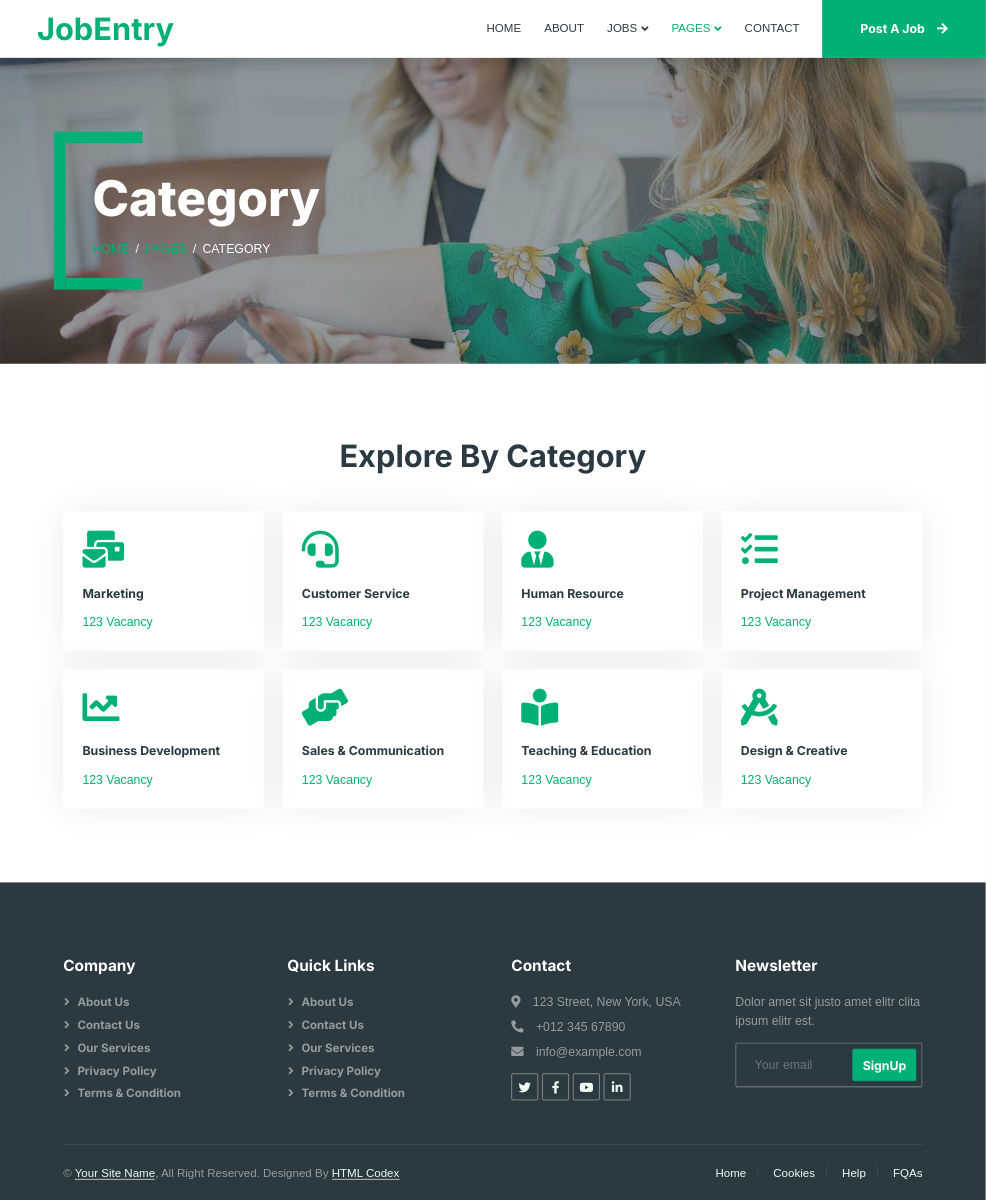
Repository: Onkar1432/Jobportal
Page: http://localhost/DemoAsd/catogary.jsp
These files come from the project's save history. The page is drawn as it stood at one moment and after the next save; the edit follows.
The browser window is 1280 px wide. The pictures show the whole page, at 77% of full size.
Some web fonts or font styles are not loaded; a fallback is used. Some web libraries are served in a nearby version. The page is served by Tomcat 9. Other server files are loaded and not shown.

Above is the page before, as saved 2023-01-14 13:06:38.

### DemoAsd/src/main/webapp/catogary.jsp
<%@ page language="java" contentType="text/html; charset=UTF-8"
    pageEncoding="UTF-8"%>
<!DOCTYPE html PUBLIC "-//W3C//DTD HTML 4.01 Transitional//EN" "http://www.w3.org/TR/html4/loose.dtd">
<html>
<head>
<meta http-equiv="Content-Type" content="text/html; charset=UTF-8">
<title>Insert title here</title>
<meta content="width=device-width, initial-scale=1.0" name="viewport">
    <meta content="" name="keywords">
    <meta content="" name="description">

    <!-- Favicon -->
    <link href="img/favicon.ico" rel="icon">

    <!-- Google Web Fonts -->
    <link rel="preconnect" href="https://fonts.googleapis.com">
    <link rel="preconnect" href="https://fonts.gstatic.com" crossorigin>
    <link href="https://fonts.googleapis.com/css2?family=Heebo:wght@400;500;600&family=Inter:wght@700;800&display=swap" rel="stylesheet">

    <!-- Icon Font Stylesheet -->
    <link href="https://cdnjs.cloudflare.com/ajax/libs/font-awesome/5.10.0/css/all.min.css" rel="stylesheet">
    <link href="https://cdn.jsdelivr.net/npm/bootstrap-icons@1.4.1/font/bootstrap-icons.css" rel="stylesheet">

    <!-- Libraries Stylesheet -->
    <link href="lib/animate/animate.min.css" rel="stylesheet">
    <link href="lib/owlcarousel/assets/owl.carousel.min.css" rel="stylesheet">

    <!-- Customized Bootstrap Stylesheet -->
    <link href="css/bootstrap.min.css" rel="stylesheet">

    <!-- Template Stylesheet -->
    <link href="css/style.css" rel="stylesheet">
</head>
<body>
<div class="container-xxl bg-white p-0">
        <!-- Spinner Start -->
        <div id="spinner" class="show bg-white position-fixed translate-middle w-100 vh-100 top-50 start-50 d-flex align-items-center justify-content-center">
            <div class="spinner-border text-primary" style="width: 3rem; height: 3rem;" role="status">
                <span class="sr-only">Loading...</span>
            </div>
        </div>
        <!-- Spinner End -->


        <!-- Navbar Start -->
        <nav class="navbar navbar-expand-lg bg-white navbar-light shadow sticky-top p-0">
            <a href="index.html" class="navbar-brand d-flex align-items-center text-center py-0 px-4 px-lg-5">
                <h1 class="m-0 text-primary">JobEntry</h1>
            </a>
            <button type="button" class="navbar-toggler me-4" data-bs-toggle="collapse" data-bs-target="#navbarCollapse">
                <span class="navbar-toggler-icon"></span>
            </button>
            <div class="collapse navbar-collapse" id="navbarCollapse">
                <div class="navbar-nav ms-auto p-4 p-lg-0">
                    <a href="index.html" class="nav-item nav-link">Home</a>
                    <a href="about.html" class="nav-item nav-link">About</a>
                    <div class="nav-item dropdown">
                        <a href="#" class="nav-link dropdown-toggle" data-bs-toggle="dropdown">Jobs</a>
                        <div class="dropdown-menu rounded-0 m-0">
                            <a href="job-list.html" class="dropdown-item">Job List</a>
                            <a href="job-detail.html" class="dropdown-item">Job Detail</a>
                        </div>
                    </div>
                    <div class="nav-item dropdown">
                        <a href="#" class="nav-link dropdown-toggle active" data-bs-toggle="dropdown">Pages</a>
                        <div class="dropdown-menu rounded-0 m-0">
                            <a href="category.html" class="dropdown-item active">Job Category</a>
                            <a href="testimonial.html" class="dropdown-item">Testimonial</a>
                            <a href="404.html" class="dropdown-item">404</a>
                        </div>
                    </div>
                    <a href="contact.html" class="nav-item nav-link">Contact</a>
                </div>
                <a href="" class="btn btn-primary rounded-0 py-4 px-lg-5 d-none d-lg-block">Post A Job<i class="fa fa-arrow-right ms-3"></i></a>
            </div>
        </nav>
        <!-- Navbar End -->


        <!-- Header End -->
        <div class="container-xxl py-5 bg-dark page-header mb-5">
            <div class="container my-5 pt-5 pb-4">
                <h1 class="display-3 text-white mb-3 animated slideInDown">Category</h1>
                <nav aria-label="breadcrumb">
                    <ol class="breadcrumb text-uppercase">
                        <li class="breadcrumb-item"><a href="#">Home</a></li>
                        <li class="breadcrumb-item"><a href="#">Pages</a></li>
                        <li class="breadcrumb-item text-white active" aria-current="page">Category</li>
                    </ol>
                </nav>
            </div>
        </div>
        <!-- Header End -->


        <!-- Category Start -->
        <div class="container-xxl py-5">
            <div class="container">
                <h1 class="text-center mb-5 wow fadeInUp" data-wow-delay="0.1s">Explore By Category</h1>
                <div class="row g-4">
                    <div class="col-lg-3 col-sm-6 wow fadeInUp" data-wow-delay="0.1s">
                        <a class="cat-item rounded p-4" href="">
                            <i class="fa fa-3x fa-mail-bulk text-primary mb-4"></i>
                            <h6 class="mb-3">Marketing</h6>
                            <p class="mb-0">123 Vacancy</p>
                        </a>
                    </div>
                    <div class="col-lg-3 col-sm-6 wow fadeInUp" data-wow-delay="0.3s">
                        <a class="cat-item rounded p-4" href="">
                            <i class="fa fa-3x fa-headset text-primary mb-4"></i>
                            <h6 class="mb-3">Customer Service</h6>
                            <p class="mb-0">123 Vacancy</p>
                        </a>
                    </div>
                    <div class="col-lg-3 col-sm-6 wow fadeInUp" data-wow-delay="0.5s">
                        <a class="cat-item rounded p-4" href="">
                            <i class="fa fa-3x fa-user-tie text-primary mb-4"></i>
                            <h6 class="mb-3">Human Resource</h6>
                            <p class="mb-0">123 Vacancy</p>
                        </a>
                    </div>
                    <div class="col-lg-3 col-sm-6 wow fadeInUp" data-wow-delay="0.7s">
                        <a class="cat-item rounded p-4" href="">
                            <i class="fa fa-3x fa-tasks text-primary mb-4"></i>
                            <h6 class="mb-3">Project Management</h6>
                            <p class="mb-0">123 Vacancy</p>
                        </a>
                    </div>
                    <div class="col-lg-3 col-sm-6 wow fadeInUp" data-wow-delay="0.1s">
                        <a class="cat-item rounded p-4" href="">
                            <i class="fa fa-3x fa-chart-line text-primary mb-4"></i>
                            <h6 class="mb-3">Business Development</h6>
                            <p class="mb-0">123 Vacancy</p>
                        </a>
                    </div>
                    <div class="col-lg-3 col-sm-6 wow fadeInUp" data-wow-delay="0.3s">
                        <a class="cat-item rounded p-4" href="">
                            <i class="fa fa-3x fa-hands-helping text-primary mb-4"></i>
                            <h6 class="mb-3">Sales & Communication</h6>
                            <p class="mb-0">123 Vacancy</p>
                        </a>
                    </div>
                    <div class="col-lg-3 col-sm-6 wow fadeInUp" data-wow-delay="0.5s">
                        <a class="cat-item rounded p-4" href="">
                            <i class="fa fa-3x fa-book-reader text-primary mb-4"></i>
                            <h6 class="mb-3">Teaching & Education</h6>
                            <p class="mb-0">123 Vacancy</p>
                        </a>
                    </div>
                    <div class="col-lg-3 col-sm-6 wow fadeInUp" data-wow-delay="0.7s">
                        <a class="cat-item rounded p-4" href="">
                            <i class="fa fa-3x fa-drafting-compass text-primary mb-4"></i>
                            <h6 class="mb-3">Design & Creative</h6>
                            <p class="mb-0">123 Vacancy</p>
                        </a>
                    </div>
                </div>
            </div>
        </div>
        <!-- Category End -->


        <!-- Footer Start -->
        <div class="container-fluid bg-dark text-white-50 footer pt-5 mt-5 wow fadeIn" data-wow-delay="0.1s">
            <div class="container py-5">
                <div class="row g-5">
                    <div class="col-lg-3 col-md-6">
                        <h5 class="text-white mb-4">Company</h5>
                        <a class="btn btn-link text-white-50" href="">About Us</a>
                        <a class="btn btn-link text-white-50" href="">Contact Us</a>
                        <a class="btn btn-link text-white-50" href="">Our Services</a>
                        <a class="btn btn-link text-white-50" href="">Privacy Policy</a>
                        <a class="btn btn-link text-white-50" href="">Terms & Condition</a>
                    </div>
                    <div class="col-lg-3 col-md-6">
                        <h5 class="text-white mb-4">Quick Links</h5>
                        <a class="btn btn-link text-white-50" href="">About Us</a>
                        <a class="btn btn-link text-white-50" href="">Contact Us</a>
                        <a class="btn btn-link text-white-50" href="">Our Services</a>
                        <a class="btn btn-link text-white-50" href="">Privacy Policy</a>
                        <a class="btn btn-link text-white-50" href="">Terms & Condition</a>
                    </div>
                    <div class="col-lg-3 col-md-6">
                        <h5 class="text-white mb-4">Contact</h5>
                        <p class="mb-2"><i class="fa fa-map-marker-alt me-3"></i>123 Street, New York, USA</p>
                        <p class="mb-2"><i class="fa fa-phone-alt me-3"></i>+012 345 67890</p>
                        <p class="mb-2"><i class="fa fa-envelope me-3"></i>info@example.com</p>
                        <div class="d-flex pt-2">
                            <a class="btn btn-outline-light btn-social" href=""><i class="fab fa-twitter"></i></a>
                            <a class="btn btn-outline-light btn-social" href=""><i class="fab fa-facebook-f"></i></a>
                            <a class="btn btn-outline-light btn-social" href=""><i class="fab fa-youtube"></i></a>
                            <a class="btn btn-outline-light btn-social" href=""><i class="fab fa-linkedin-in"></i></a>
                        </div>
                    </div>
                    <div class="col-lg-3 col-md-6">
                        <h5 class="text-white mb-4">Newsletter</h5>
                        <p>Dolor amet sit justo amet elitr clita ipsum elitr est.</p>
                        <div class="position-relative mx-auto" style="max-width: 400px;">
                            <input class="form-control bg-transparent w-100 py-3 ps-4 pe-5" type="text" placeholder="Your email">
                            <button type="button" class="btn btn-primary py-2 position-absolute top-0 end-0 mt-2 me-2">SignUp</button>
                        </div>
                    </div>
                </div>
            </div>
            <div class="container">
                <div class="copyright">
                    <div class="row">
                        <div class="col-md-6 text-center text-md-start mb-3 mb-md-0">
                            &copy; <a class="border-bottom" href="#">Your Site Name</a>, All Right Reserved.

							<!--/*** This template is free as long as you keep the footer author’s credit link/attribution link/backlink. If you'd like to use the template without the footer author’s credit link/attribution link/backlink, you can purchase the Credit Removal License from "https://htmlcodex.com/credit-removal". Thank you for your support. ***/-->
							Designed By <a class="border-bottom" href="https://htmlcodex.com">HTML Codex</a>
                        </div>
                        <div class="col-md-6 text-center text-md-end">
                            <div class="footer-menu">
                                <a href="">Home</a>
                                <a href="">Cookies</a>
                                <a href="">Help</a>
                                <a href="">FQAs</a>
                            </div>
                        </div>
                    </div>
                </div>
            </div>
        </div>
        <!-- Footer End -->


        <!-- Back to Top -->
        <a href="#" class="btn btn-lg btn-primary btn-lg-square back-to-top"><i class="bi bi-arrow-up"></i></a>
    </div>

    <!-- JavaScript Libraries -->
    <script src="https://code.jquery.com/jquery-3.4.1.min.js"></script>
    <script src="https://cdn.jsdelivr.net/npm/bootstrap@5.0.0/dist/js/bootstrap.bundle.min.js"></script>
    <script src="lib/wow/wow.min.js"></script>
    <script src="lib/easing/easing.min.js"></script>
    <script src="lib/waypoints/waypoints.min.js"></script>
    <script src="lib/owlcarousel/owl.carousel.min.js"></script>

    <!-- Template Javascript -->
    <script src="js/main.js"></script>
</body>
</html>

### DemoAsd/src/main/webapp/css/style.css
/********** Template CSS **********/
:root {
    --primary: #00B074;
    --secondary: #2B9BFF;
    --light: #EFFDF5;
    --dark: #2B3940;
}

.back-to-top {
    position: fixed;
    display: none;
    right: 45px;
    bottom: 45px;
    z-index: 99;
}


/*** Spinner ***/
#spinner {
    opacity: 0;
    visibility: hidden;
    transition: opacity .5s ease-out, visibility 0s linear .5s;
    z-index: 99999;
}

#spinner.show {
    transition: opacity .5s ease-out, visibility 0s linear 0s;
    visibility: visible;
    opacity: 1;
}


/*** Button ***/
.btn {
    font-family: 'Inter', sans-serif;
    font-weight: 600;
    transition: .5s;
}

.btn.btn-primary,
.btn.btn-secondary {
    color: #FFFFFF;
}

.btn-square {
    width: 38px;
    height: 38px;
}

.btn-sm-square {
    width: 32px;
    height: 32px;
}

.btn-lg-square {
    width: 48px;
    height: 48px;
}

.btn-square,
.btn-sm-square,
.btn-lg-square {
    padding: 0;
    display: flex;
    align-items: center;
    justify-content: center;
    font-weight: normal;
    border-radius: 2px;
}


/*** Navbar ***/
.navbar .dropdown-toggle::after {
    border: none;
    content: "\f107";
    font-family: "Font Awesome 5 Free";
    font-weight: 900;
    vertical-align: middle;
    margin-left: 5px;
    transition: .5s;
}

.navbar .dropdown-toggle[aria-expanded=true]::after {
    transform: rotate(-180deg);
}

.navbar-dark .navbar-nav .nav-link,
.navbar-light .navbar-nav .nav-link {
    margin-right: 30px;
    padding: 25px 0;
    color: #FFFFFF;
    font-size: 15px;
    text-transform: uppercase;
    outline: none;
}

.navbar-dark .navbar-nav .nav-link:hover,
.navbar-dark .navbar-nav .nav-link.active,
.navbar-light .navbar-nav .nav-link:hover,
.navbar-light .navbar-nav .nav-link.active {
    color: var(--primary);
}

@media (max-width: 991.98px) {
    .navbar-dark .navbar-nav .nav-link,
    .navbar-light .navbar-nav .nav-link  {
        margin-right: 0;
        padding: 10px 0;
    }

    .navbar-light .navbar-nav {
        border-top: 1px solid #EEEEEE;
    }
}

.navbar-light .navbar-brand,
.navbar-light a.btn {
    height: 75px;
}

.navbar-light .navbar-nav .nav-link {
    color: var(--dark);
    font-weight: 500;
}

.navbar-light.sticky-top {
    top: -100px;
    transition: .5s;
}

@media (min-width: 992px) {
    .navbar .nav-item .dropdown-menu {
        display: block;
        top: 100%;
        margin-top: 0;
        transform: rotateX(-75deg);
        transform-origin: 0% 0%;
        opacity: 0;
        visibility: hidden;
        transition: .5s;

    }

    .navbar .nav-item:hover .dropdown-menu {
        transform: rotateX(0deg);
        visibility: visible;
        transition: .5s;
        opacity: 1;
    }
}


/*** Header ***/
.header-carousel .container,
.page-header .container {
    position: relative;
    padding: 45px 0 45px 35px;
    border-left: 15px solid var(--primary);
}

.header-carousel .container::before,
.header-carousel .container::after,
.page-header .container::before,
.page-header .container::after {
    position: absolute;
    content: "";
    top: 0;
    left: 0;
    width: 100px;
    height: 15px;
    background: var(--primary);
}

.header-carousel .container::after,
.page-header .container::after {
    top: 100%;
    margin-top: -15px;
}

@media (max-width: 768px) {
    .header-carousel .owl-carousel-item {
        position: relative;
        min-height: 500px;
    }

    .header-carousel .owl-carousel-item img {
        position: absolute;
        width: 100%;
        height: 100%;
        object-fit: cover;
    }

    .header-carousel .owl-carousel-item p {
        font-size: 14px !important;
        font-weight: 400 !important;
    }

    .header-carousel .owl-carousel-item h1 {
        font-size: 30px;
        font-weight: 600;
    }
}

.header-carousel .owl-nav {
    position: absolute;
    top: 50%;
    right: 8%;
    transform: translateY(-50%);
    display: flex;
    flex-direction: column;
}

.header-carousel .owl-nav .owl-prev,
.header-carousel .owl-nav .owl-next {
    margin: 7px 0;
    width: 45px;
    height: 45px;
    display: flex;
    align-items: center;
    justify-content: center;
    color: #FFFFFF;
    background: transparent;
    border: 1px solid #FFFFFF;
    border-radius: 2px;
    font-size: 22px;
    transition: .5s;
}

.header-carousel .owl-nav .owl-prev:hover,
.header-carousel .owl-nav .owl-next:hover {
    background: var(--primary);
    border-color: var(--primary);
}

.page-header {
    background: linear-gradient(rgba(43, 57, 64, .5), rgba(43, 57, 64, .5)), url(../img/carousel-1.jpg) center center no-repeat;
    background-size: cover;
}

.breadcrumb-item + .breadcrumb-item::before {
    color: var(--light);
}


/*** About ***/
.about-bg {
    background-image: -webkit-repeating-radial-gradient(center center, rgba(0, 0, 0, 0.2), rgba(0, 0, 0, 0.2) 1px, transparent 1px, transparent 100%);
    background-image: -moz-repeating-radial-gradient(center center, rgba(0, 0, 0, 0.2), rgba(0, 0, 0, 0.2) 1px, transparent 1px, transparent 100%);
    background-image: -ms-repeating-radial-gradient(center center, rgba(0, 0, 0, 0.2), rgba(0, 0, 0, 0.2) 1px, transparent 1px, transparent 100%);
    background-image: -o-repeating-radial-gradient(center center, rgba(0, 0, 0, 0.2), rgba(0, 0, 0, 0.2) 1px, transparent 1px, transparent 100%);
    background-image: repeating-radial-gradient(center center, rgba(0, 0, 0, 0.2), rgba(0, 0, 0, 0.2) 1px, transparent 1px, transparent 100%);
    background-size: 5px 5px;
}


/*** Category ***/
.cat-item {
    display: block;
    box-shadow: 0 0 45px rgba(0, 0, 0, .08);
    border: 1px solid transparent;
    transition: .5s;
}

.cat-item:hover {
    border-color: rgba(0, 0, 0, .08);
    box-shadow: none;
}


/*** Job Listing ***/
.nav-pills .nav-item .active {
    border-bottom: 2px solid var(--primary);
}

.job-item {
    border: 1px solid transparent;
    border-radius: 2px;
    box-shadow: 0 0 45px rgba(0, 0, 0, .08);
    transition: .5s;
}

.job-item:hover {
    border-color: rgba(0, 0, 0, .08);
    box-shadow: none;
}


/*** Testimonial ***/
.testimonial-carousel .owl-item .testimonial-item,
.testimonial-carousel .owl-item.center .testimonial-item * {
    transition: .5s;
}

.testimonial-carousel .owl-item.center .testimonial-item {
    background: var(--primary) !important;
}

.testimonial-carousel .owl-item.center .testimonial-item * {
    color: #FFFFFF !important;
}

.testimonial-carousel .owl-dots {
    margin-top: 24px;
    display: flex;
    align-items: flex-end;
    justify-content: center;
}

.testimonial-carousel .owl-dot {
    position: relative;
    display: inline-block;
    margin: 0 5px;
    width: 15px;
    height: 15px;
    border: 5px solid var(--primary);
    border-radius: 2px;
    transition: .5s;
}

.testimonial-carousel .owl-dot.active {
    background: var(--dark);
    border-color: var(--primary);
}


/*** Footer ***/
.footer .btn.btn-social {
    margin-right: 5px;
    width: 35px;
    height: 35px;
    display: flex;
    align-items: center;
    justify-content: center;
    color: var(--light);
    border: 1px solid rgba(255,255,255,0.5);
    border-radius: 2px;
    transition: .3s;
}

.footer .btn.btn-social:hover {
    color: var(--primary);
    border-color: var(--light);
}

.footer .btn.btn-link {
    display: block;
    margin-bottom: 5px;
    padding: 0;
    text-align: left;
    font-size: 15px;
    font-weight: normal;
    text-transform: capitalize;
    transition: .3s;
}

.footer .btn.btn-link::before {
    position: relative;
    content: "\f105";
    font-family: "Font Awesome 5 Free";
    font-weight: 900;
    margin-right: 10px;
}

.footer .btn.btn-link:hover {
    letter-spacing: 1px;
    box-shadow: none;
}

.footer .form-control {
    border-color: rgba(255,255,255,0.5);
}

.footer .copyright {
    padding: 25px 0;
    font-size: 15px;
    border-top: 1px solid rgba(256, 256, 256, .1);
}

.footer .copyright a {
    color: var(--light);
}

.footer .footer-menu a {
    margin-right: 15px;
    padding-right: 15px;
    border-right: 1px solid rgba(255, 255, 255, .1);
}

.footer .footer-menu a:last-child {
    margin-right: 0;
    padding-right: 0;
    border-right: none;
}

Loaded but not shown: DemoAsd/src/main/webapp/lib/animate/animate.min.css (library); DemoAsd/src/main/webapp/lib/owlcarousel/assets/owl.carousel.min.css (common file); DemoAsd/src/main/webapp/css/bootstrap.min.css (library); DemoAsd/src/main/webapp/lib/wow/wow.min.js (library); DemoAsd/src/main/webapp/lib/easing/easing.min.js (common file); DemoAsd/src/main/webapp/lib/waypoints/waypoints.min.js (library); DemoAsd/src/main/webapp/lib/owlcarousel/owl.carousel.min.js (library); DemoAsd/src/main/webapp/js/main.js (80 lines, source omitted)

After the next save:
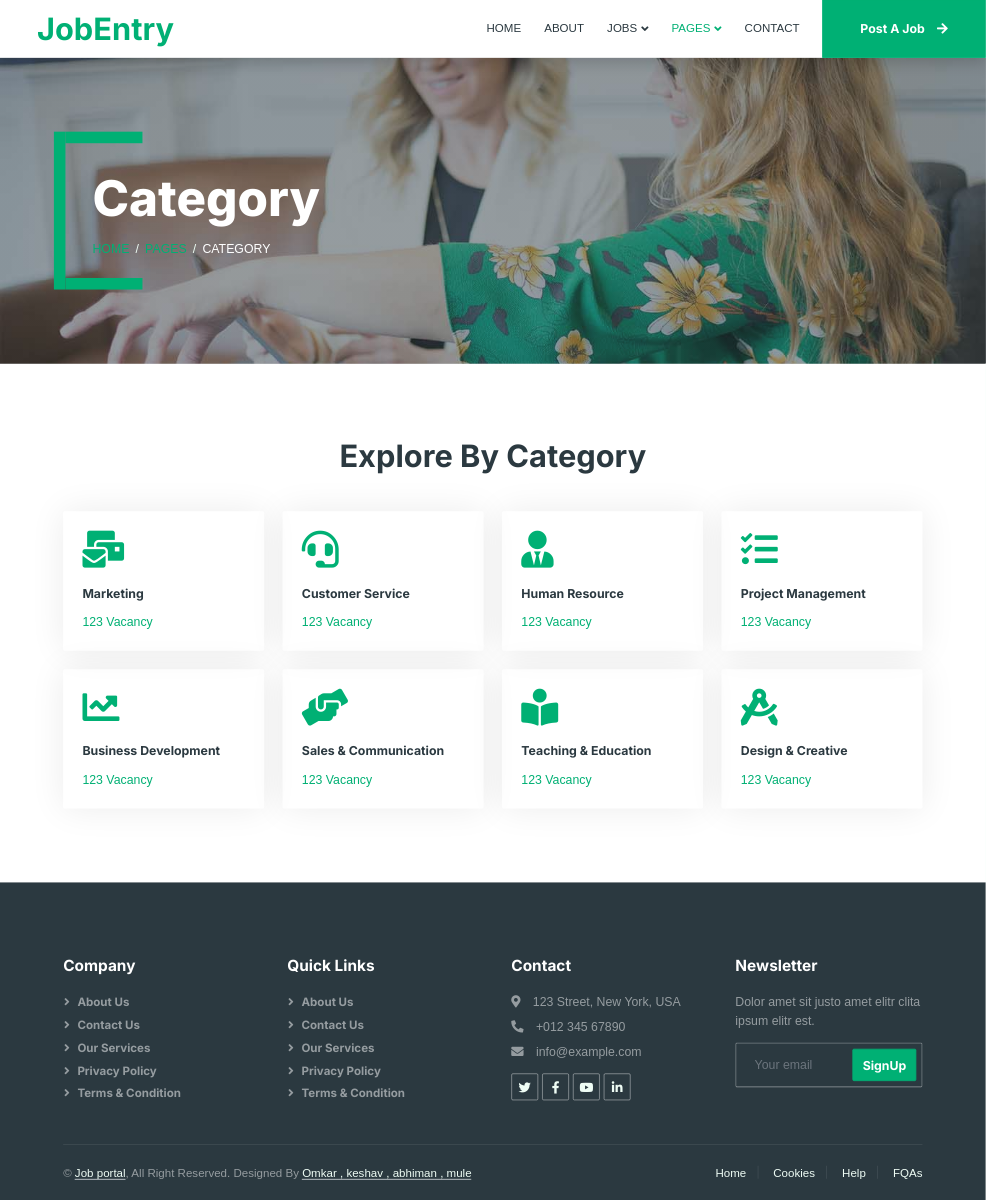
Saved 12 s later.
--- a/DemoAsd/src/main/webapp/catogary.jsp
+++ b/DemoAsd/src/main/webapp/catogary.jsp
@@ -206,10 +206,10 @@
                 <div class="copyright">
                     <div class="row">
                         <div class="col-md-6 text-center text-md-start mb-3 mb-md-0">
-                            &copy; <a class="border-bottom" href="#">Your Site Name</a>, All Right Reserved.
+                            &copy; <a class="border-bottom" href="#">Job portal</a>, All Right Reserved.
 
 							<!--/*** This template is free as long as you keep the footer author’s credit link/attribution link/backlink. If you'd like to use the template without the footer author’s credit link/attribution link/backlink, you can purchase the Credit Removal License from "https://htmlcodex.com/credit-removal". Thank you for your support. ***/-->
-							Designed By <a class="border-bottom" href="https://htmlcodex.com">HTML Codex</a>
+							Designed By <a class="border-bottom" href="https://htmlcodex.com">Omkar , keshav , abhiman , mule</a>
                         </div>
                         <div class="col-md-6 text-center text-md-end">
                             <div class="footer-menu">
